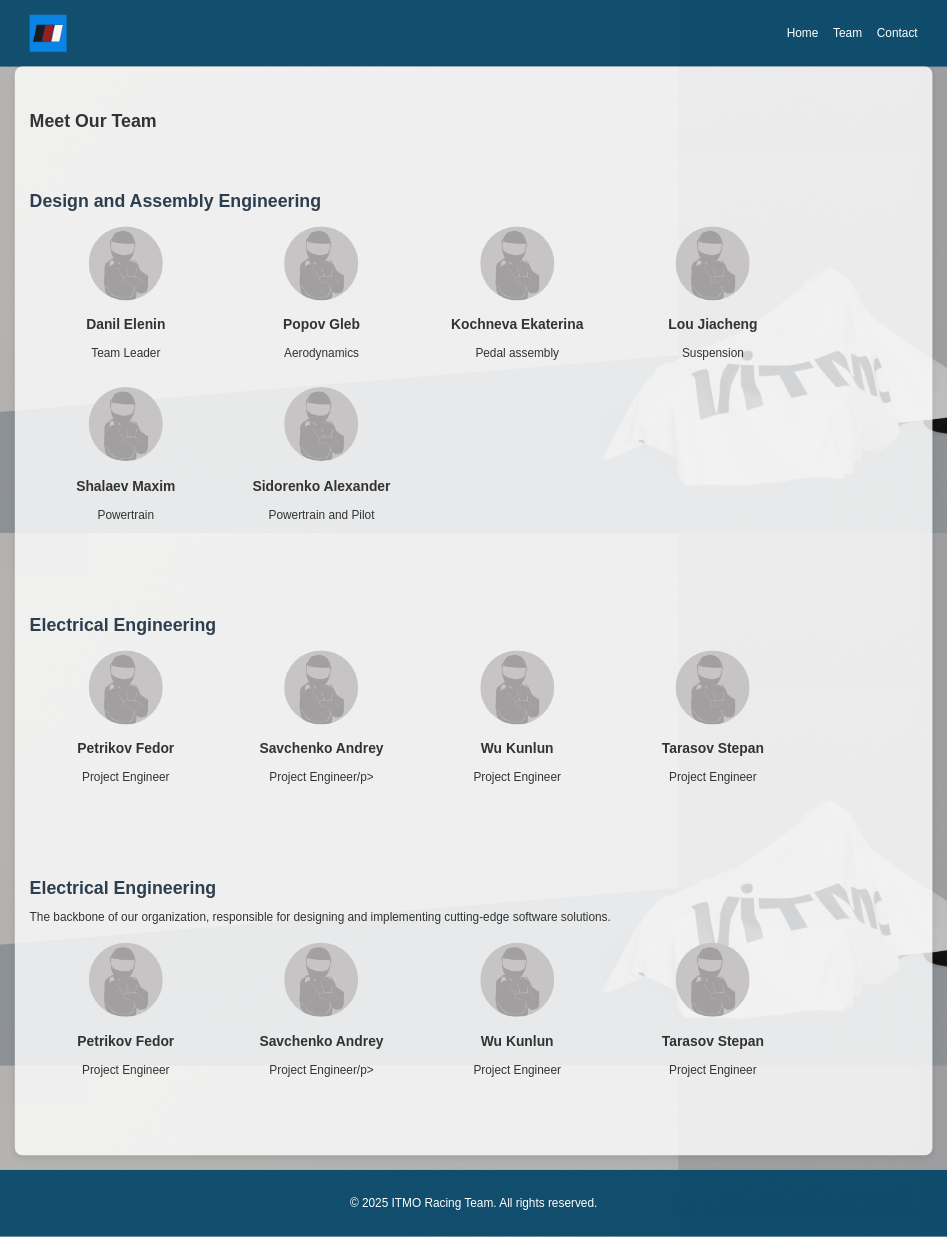
Repository: fs-itmo/fs-itmo.github.io
Page: team.html
The author's editor kept a copy of each file at every save. The page is drawn from the files as they stood at one save, then again after the next save.
The browser window is 1280 px wide. The pictures show the whole page, at 74% of full size.
Backgrounds fixed to the window are drawn as part of the page.

Above is the page before, as saved 2024-12-30 15:03:32.

After the next save:
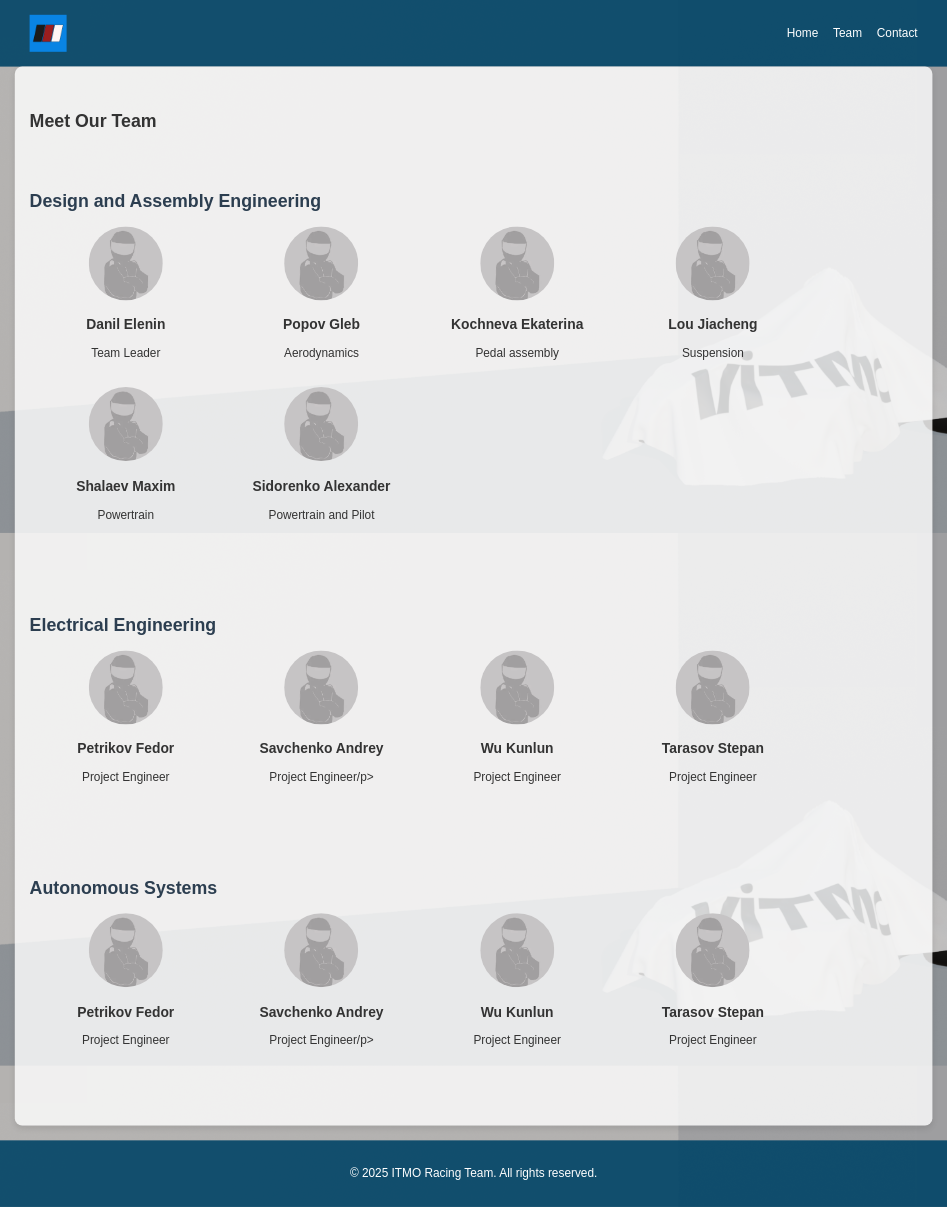
Saved 21 s later.
--- a/team.html
+++ b/team.html
@@ -88,8 +88,8 @@
 
 
         <div class="team-department">
-          <h2>Electrical Engineering</h2>
-          <p>The backbone of our organization, responsible for designing and implementing cutting-edge software solutions.</p>
+          <h2>Autonomous Systems</h2>
+          <!-- <p>The backbone of our organization, responsible for designing and implementing cutting-edge software solutions.</p> -->
           <div class="team-member">
               <img src="assets/images/noname_pilot.png" alt="Petrikov Fedor">
               <h3>Petrikov Fedor</h3>
